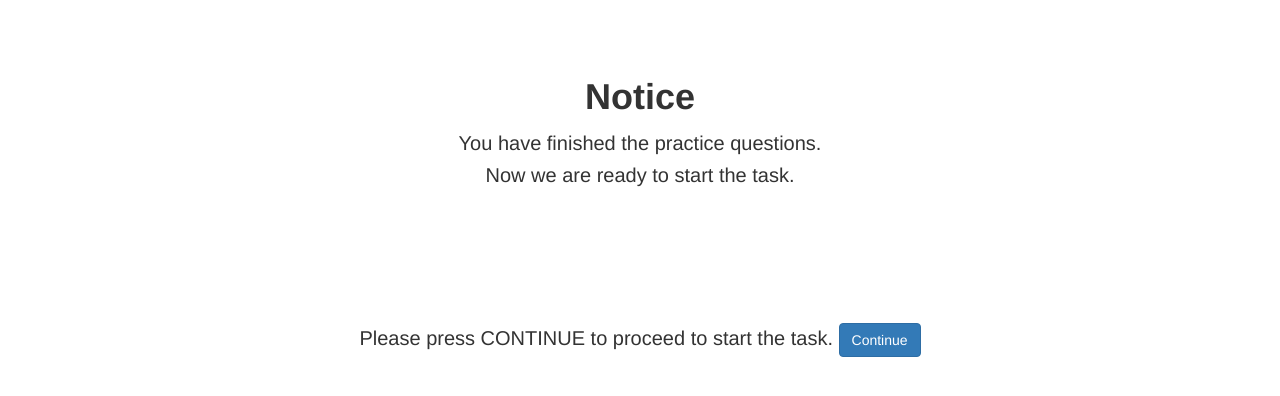
Repository: zmikaya/behavecon
Page: templates/group/Priming3Dams/Priming3Dams_p10.html
The author's editor kept a record of every edit. The page is drawn from the files as they stood at one moment, then again after the next edit.
The browser window is 1280 px wide. The pictures show the whole page.
The template is drawn by Django 2.2. The application's start-up code is not run. Other server files are loaded and not shown. The template is opened directly, without the code that normally fills it, so the values that code supplies are empty.

Above is the page before.
Console error: TypeError: Cannot read properties of null (reading 'getAttribute')

### templates/group/Priming3Dams/Priming3Dams_p10.html
{% extends 'sidebar-base.html' %}
{% load staticfiles %}

{% block body_block %}
    <!-- Page Content -->
    <div id="page-content-wrapper">
        <div class="container-fluid">
            <div class="row">
                <div class="col-lg-12 center">
                    <h1><b>Notice</b></h1>
                    <p>You have finished the practice questions.<br>
                        Now we are ready to start the task.
                    </p>
                    <div>
                        <p class="inline continue">Please press CONTINUE to proceed to start the task.</p>
                        <!--<button type="button" class="btn btn-primary next" onclick="ajaxGetPage('p11')">Continue</button>-->
                        <a class="btn btn-primary next" href="/Category3Dams/p11">Continue</a>
                    </div>
                    <!--<a href="#menu-toggle" class="btn btn-default" id="menu-toggle">Toggle Menu</a>-->
                </div>
            </div>
        </div>
    </div>
    <!-- /#page-content-wrapper -->
{% endblock %}

### templates/sidebar-base.html
<!DOCTYPE html>
{% load staticfiles %}
<html lang="en">

<head>

    <meta charset="utf-8">
    <meta http-equiv="X-UA-Compatible" content="IE=edge">
    <meta name="viewport" content="width=device-width, initial-scale=1">
    <meta name="description" content="">
    <meta name="author" content="">

    <title>BehaveCon</title>

    <!-- Bootstrap Core CSS -->
    <link href="{% static "css/bootstrap.min.css" %}" rel="stylesheet">

    <!-- Custom CSS -->
    <link href="{% static "css/simple-sidebar.css" %}" rel="stylesheet">

    <link href="{% static "css/style.css" %}" rel="stylesheet">

    <script src="{% static "js/jquery.js" %}"></script>

    <script src="{% static "js/embed.js" %}" type="text/javascript"></script>

    <!-- HTML5 Shim and Respond.js IE8 support of HTML5 elements and media queries -->
    <!-- WARNING: Respond.js doesn't work if you view the page via file:// -->
    <!--[if lt IE 9]>
        <script src="https://oss.maxcdn.com/libs/html5shiv/3.7.0/html5shiv.js"></script>
        <script src="https://oss.maxcdn.com/libs/respond.js/1.4.2/respond.min.js"></script>
    <![endif]-->


</head>

<body>

    <!--<div id="wrapper">-->

        <!-- Sidebar -->
    <!--    <div id="sidebar-wrapper">-->
    <!--        <ul class="sidebar-nav">-->
    <!--            <li class="sidebar-brand">-->
    <!--                <a href="#">-->
    <!--                    Start Bootstrap-->
    <!--                </a>-->
    <!--            </li>-->
    <!--            <li>-->
    <!--                <a href="#">Dashboard</a>-->
    <!--            </li>-->
    <!--            <li>-->
    <!--                <a href="#">Shortcuts</a>-->
    <!--            </li>-->
    <!--            <li>-->
    <!--                <a href="#">Overview</a>-->
    <!--            </li>-->
    <!--            <li>-->
    <!--                <a href="#">Events</a>-->
    <!--            </li>-->
    <!--            <li>-->
    <!--                <a href="#">About</a>-->
    <!--            </li>-->
    <!--            <li>-->
    <!--                <a href="#">Services</a>-->
    <!--            </li>-->
    <!--            <li>-->
    <!--                <a href="#">Contact</a>-->
    <!--            </li>-->
    <!--        </ul>-->
    <!--    </div>-->
        <!-- /#sidebar-wrapper -->

        <!-- Page Content -->
        {% block body_block %}{% endblock %}
    <!-- /#wrapper -->

    <!-- jQuery -->
    <script src="{% static "js/jquery.js" %}"></script>

    <!-- Bootstrap Core JavaScript -->
    <script src="{% static "js/bootstrap.min.js" %}"></script>

    <script src="{% static "js/script.js" %}"></script>

    <!-- Menu Toggle Script -->
    <script>
    $("#menu-toggle").click(function(e) {
        e.preventDefault();
        $("#wrapper").toggleClass("toggled");
    });
    </script>

</body>

</html>

### static/css/simple-sidebar.css
/*!
 * Start Bootstrap - Simple Sidebar HTML Template (http://startbootstrap.com)
 * Code licensed under the Apache License v2.0.
 * For details, see http://www.apache.org/licenses/LICENSE-2.0.
 */

/* Toggle Styles */

#wrapper {
    padding-left: 0;
    -webkit-transition: all 0.5s ease;
    -moz-transition: all 0.5s ease;
    -o-transition: all 0.5s ease;
    transition: all 0.5s ease;
}

#wrapper.toggled {
    padding-left: 250px;
}

#sidebar-wrapper {
    z-index: 1000;
    position: fixed;
    left: 250px;
    width: 0;
    height: 100%;
    margin-left: -250px;
    overflow-y: auto;
    background: #000;
    -webkit-transition: all 0.5s ease;
    -moz-transition: all 0.5s ease;
    -o-transition: all 0.5s ease;
    transition: all 0.5s ease;
}

#wrapper.toggled #sidebar-wrapper {
    width: 250px;
}

#page-content-wrapper {
    width: 100%;
    position: absolute;
    padding: 15px;
}

#wrapper.toggled #page-content-wrapper {
    position: absolute;
    margin-right: -250px;
}

/* Sidebar Styles */

.sidebar-nav {
    position: absolute;
    top: 0;
    width: 250px;
    margin: 0;
    padding: 0;
    list-style: none;
}

.sidebar-nav li {
    text-indent: 20px;
    line-height: 40px;
}

.sidebar-nav li a {
    display: block;
    text-decoration: none;
    color: #999999;
}

.sidebar-nav li a:hover {
    text-decoration: none;
    color: #fff;
    background: rgba(255,255,255,0.2);
}

.sidebar-nav li a:active,
.sidebar-nav li a:focus {
    text-decoration: none;
}

.sidebar-nav > .sidebar-brand {
    height: 65px;
    font-size: 18px;
    line-height: 60px;
}

.sidebar-nav > .sidebar-brand a {
    color: #999999;
}

.sidebar-nav > .sidebar-brand a:hover {
    color: #fff;
    background: none;
}

@media(min-width:768px) {
    #wrapper {
        padding-left: 250px;
    }

    #wrapper.toggled {
        padding-left: 0;
    }

    #sidebar-wrapper {
        width: 250px;
    }

    #wrapper.toggled #sidebar-wrapper {
        width: 0;
    }

    #page-content-wrapper {
        padding: 20px;
        position: relative;
    }

    #wrapper.toggled #page-content-wrapper {
        position: relative;
        margin-right: 0;
    }
}

### static/css/style.css
.center {
    text-align: center;
    font-size: 20px;
    margin-top: 3%;
    line-height: 160%;
}

.left-align {
    font-size: 20px;
    margin-top: 3%;
    line-height: 160%;
}

.left-align-width {
    font-size: 20px;
    margin-top: 3%;
    line-height: 160%;
    width: 80% !important;
}

.left-align-no-margin {
    font-size: 20px;
    margin-top: 0;
    line-height: 160%;
}

.inline {
    display: inline-block;
}

.continue {
    margin-top: 10%;
}

.text {
    font-size: 20px;
    line-height: 160%;
}

.left {
    margin-top: 3%;
    width: 50%;
    float: left;
}

.right {
    margin-top: 3%;
    width: 50%;
    float: right;
}

.damTable {
    max-height: 100%;
    max-width: 100%;
    margin-top: 15%;
}

.damContinue {
    float: right;
    font-size: 20px;
    padding-right: 5%;
}

.bullet-points li {
    margin-bottom: 2%;
}

.practice-ml-row{
    height: 150px;
    border-bottom: thick solid #A69F9F;
}

.col-md-6 p{
    margin: 0;
    transform: translateY(50%);
}

.table-center {
    transform: translateY(50%);
}

.table-3-center {
    transform: translateY(20%);
}

.list-no-style {
    list-style-type: none;
}

.list-inline {
    vertical-align: top;
}

.table-inline {
    display: inline-block;
}
.border{
    height: 100%;
    border-left: thick solid #A69F9F;
}

.no-margin {
    margin: 0;
}

.chat {
    margin-top: 4%;
}

.enterinfo {
    width: 15%;
}

.error-msg {
    color: red;
}

.npresent {
    padding-left: 35px;
}



#leftAnswers {
    margin-top: 5%;
}

#black-border {
    border: solid black;
}

### static/js/embed.js
function tlkioOnload() {
    var target_element  = document.getElementById('tlkio'),
        channel_name    = target_element.getAttribute('data-channel'),
        custom_css_path = target_element.getAttribute('data-theme'),
        nickname        = target_element.getAttribute('data-nickname'),
        iframe          = document.createElement('iframe');

    // var iframe_src = 'http://embed.lvh.me:3000/' + channel_name,
    var iframe_src = '//embed.tlk.io/' + channel_name,
        iframe_query = [];


    if (custom_css_path && custom_css_path.length > 0) {
      iframe_query.push('custom_css_path=' + custom_css_path);
    }

    if (nickname && nickname.length > 0) {
      iframe_query.push('nickname=' + nickname);
    }

    if (iframe_query.length > 0) {
      iframe_src += '?' + iframe_query.join('&')
    }

    iframe.setAttribute('src', iframe_src);
    iframe.setAttribute('width', '100%');
    iframe.setAttribute('height', '100%');
    iframe.setAttribute('frameborder', '0');
    iframe.setAttribute('style', 'margin-bottom: -8px;');

    var current_style = target_element.getAttribute('style');
    target_element.setAttribute('style', 'overflow: auto; -webkit-overflow-scrolling: touch;' + current_style);

    target_element.appendChild(iframe);
};

### static/js/script.js
var url = "/Category3Dams/"

function getCookie(name) {
    var cookieValue = null;
    if (document.cookie && document.cookie != '') {
        var cookies = document.cookie.split(';');
        for (var i = 0; i < cookies.length; i++) {
            var cookie = jQuery.trim(cookies[i]);
            // Does this cookie string begin with the name we want?
            if (cookie.substring(0, name.length + 1) == (name + '=')) {
                cookieValue = decodeURIComponent(cookie.substring(name.length + 1));
                break;
            }
        }
    }
    return cookieValue;
}


// $('.next').click(function(){
//     var csrftoken = getCookie('csrftoken');
//     var id = $("#enterid").val();
//     var page = $(this).attr('id')+'/';
//     $.ajax({
//       type: "POST",
//       url: url + page,
//       data: {
//           'id': id,
//           'csrfmiddlewaretoken': csrftoken
//         },
//         success: nextPage,
//         dataType: 'html'
//     });
// });

function dictToList(dict) {
    var keys = Object.keys(dict).sort()
    var data = [];
    for (var i=0; i<keys.length; i++) {
        data.push(dict[keys[i]]);
    }
    return data
}

function ajaxGetPage(page, data){
    var csrftoken = getCookie('csrftoken');
    console.log(url+page)
    var id = $("#enterid").val();
    // var page = $(this).attr('id')+'/';
    if (data) {
        var out = JSON.stringify(dictToList(data));
        console.log(out)
        $.ajax({
          type: "POST",
          url: url + page,
          data: {
              'data': out,
              'csrfmiddlewaretoken': csrftoken
            },
            success: nextPage,
            dataType: 'html'
        });
    }
    else {
        $.ajax({
          type: "POST",
          url: url + page,
          data: {
              'id': id,
              'csrfmiddlewaretoken': csrftoken
            },
            success: nextPage,
            dataType: 'html'
        });
    }
};

function ajaxSendData(page, data){
    var csrftoken = getCookie('csrftoken');
    console.log(url+page)
    var id = $("#enterid").val();
    // var page = $(this).attr('id')+'/';
    if (data) {
        var out = JSON.stringify(dictToList(data));
        console.log(out)
        $.ajax({
          type: "POST",
          url: url + page,
          data: {
              'data': out,
              'csrfmiddlewaretoken': csrftoken
            },
            success: emptyReturn,
            dataType: 'html'
        });
    }
}


function emptyReturn(data, textStatus, jqXHR){
    // var data = $.parseHTML(data);
    // console.log(data)
    // $("html").empty();
    // for(var i=0; i<data.length; i++){
    //     $("html").append(data[i])
    // }
    // if (tlkioOnload) {
    //     tlkioOnload();
    // }
}

// if (tlkioOnload) {
//     tlkioOnload();
// }


// handles the returned html/data from Django
// clears existing body, then replaces it with returned html
var test = null;
function nextPage(data, textStatus, jqXHR){
    test = data;
    var data = $.parseHTML(data);
    console.log(data)
    $("html").empty();
    for(var i=0; i<data.length; i++){
        $("html").append(data[i])
    }
    if (tlkioOnload) {
        tlkioOnload();
    }
}

if (tlkioOnload) {
    tlkioOnload();
}

Loaded but not shown: static/css/bootstrap.min.css (library); static/js/jquery.js (library); static/js/bootstrap.min.js (library)

After the next edit:
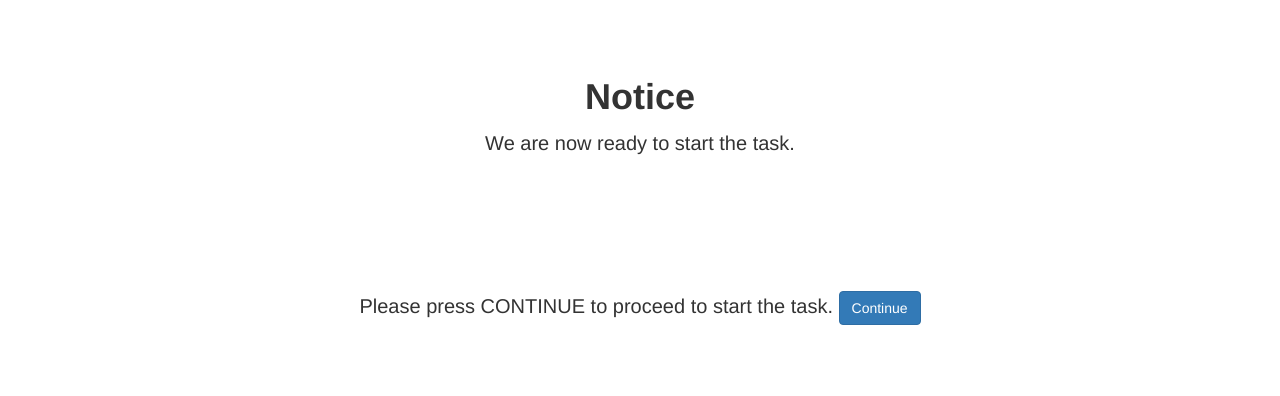
The edit:
--- a/templates/group/Priming3Dams/Priming3Dams_p10.html
+++ b/templates/group/Priming3Dams/Priming3Dams_p10.html
@@ -8,8 +8,8 @@
             <div class="row">
                 <div class="col-lg-12 center">
                     <h1><b>Notice</b></h1>
-                    <p>You have finished the practice questions.<br>
-                        Now we are ready to start the task.
+                    <!--<p>You have finished the practice questions.<br>-->
+                    <p>    We are now ready to start the task.
                     </p>
                     <div>
                         <p class="inline continue">Please press CONTINUE to proceed to start the task.</p>
